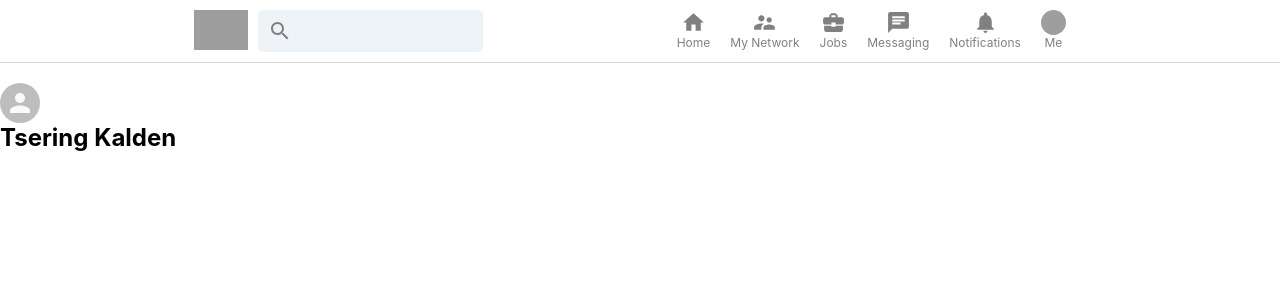
Repository: exiled-kal/linkedInreact-redux
Page: /
The author's editor kept a copy of each file at every save. The page is drawn from the files as they stood at one save, then again after a run of saves.
The browser window is 1280 px wide. The pictures show the whole page.
Pictures or frames that could not be fetched are drawn as grey boxes. The project was rebuilt for these pictures with package versions that can differ from the ones it lists, and the page was loaded fresh each time. Also part of the build but not shown: src/App.css, src/Sidebar.css.

Above is the page before, as saved 2020-12-20 21:17:55.

After the next 2 saves:
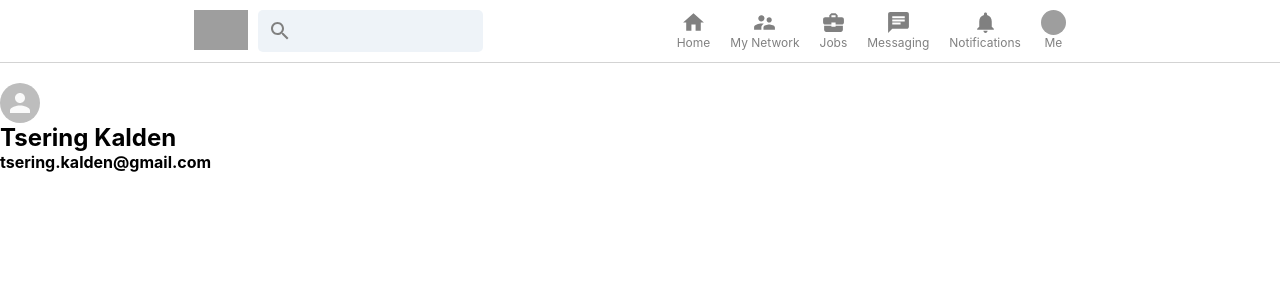
The 2 saves are shown as one change because they came seconds apart.
The last was saved 7 s later.
--- a/src/Sidebar.js
+++ b/src/Sidebar.js
@@ -9,7 +9,7 @@
         <img src="" alt="" />
         <Avatar />
         <h2>Tsering Kalden</h2>
-        <h4></h4>
+        <h4>tsering.kalden@gmail.com</h4>
       </div>
       <div className="sidebar__bottom"></div>
     </div>
